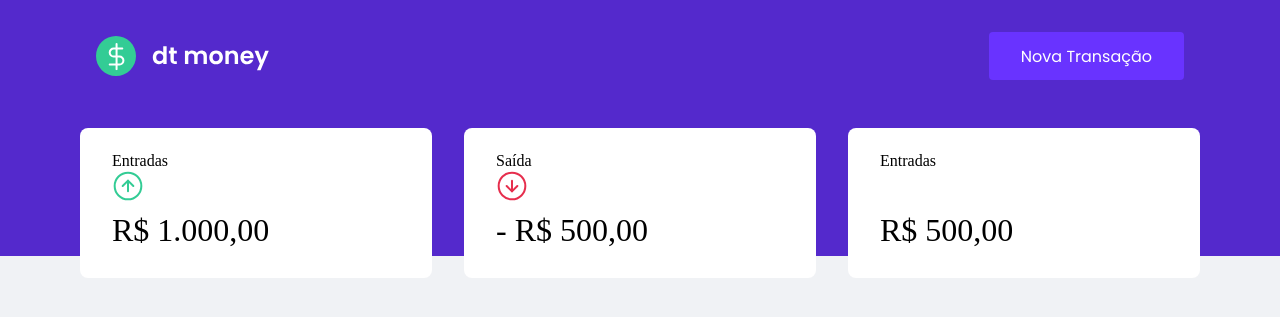
Repository: viniciusfg05/vlmoney
Page: /
The author's editor kept a copy of each file at every save. The page is drawn from the files as they stood at one save, then again after the next save.
The browser window is 1280 px wide. The pictures show the whole page.
The project was rebuilt for these pictures with package versions that can differ from the ones it lists, and the page was loaded fresh each time.

Above is the page before, as saved 2022-02-21 14:32:54.

After the next save:
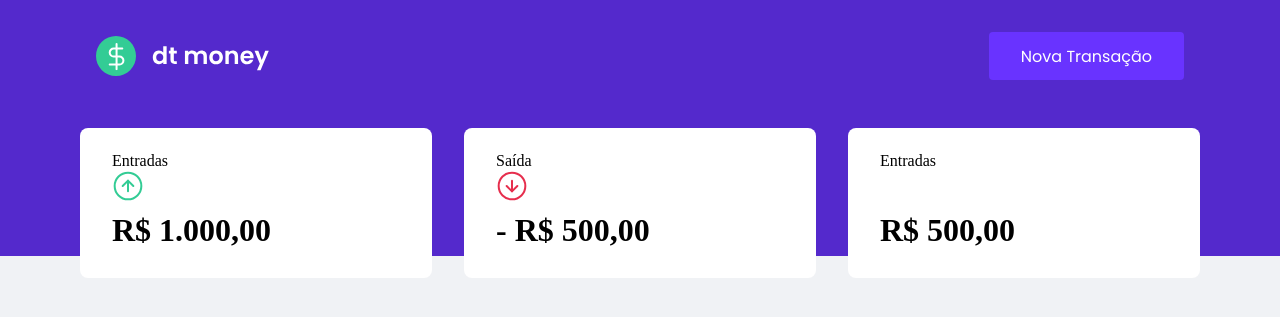
Saved 73 s later.
--- a/src/components/summary/styles.ts
+++ b/src/components/summary/styles.ts
@@ -21,8 +21,7 @@
     strong {
       margin-top: 1rem;
       font-size: 2rem;
-      font-weight: normal;
-      line-height: 3rem;
+      line-height: 3rem; //ocupar um pouco mais de espaço dentro
     }
   }
  `;

After the save that followed:
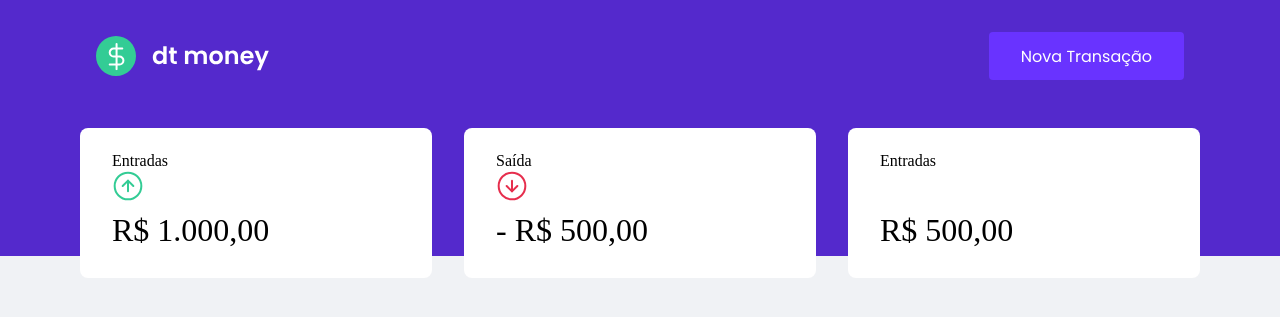
Saved 10 s later.
--- a/src/components/summary/styles.ts
+++ b/src/components/summary/styles.ts
@@ -21,6 +21,7 @@
     strong {
       margin-top: 1rem;
       font-size: 2rem;
+      font-weight: 500;
       line-height: 3rem; //ocupar um pouco mais de espaço dentro
     }
   }
